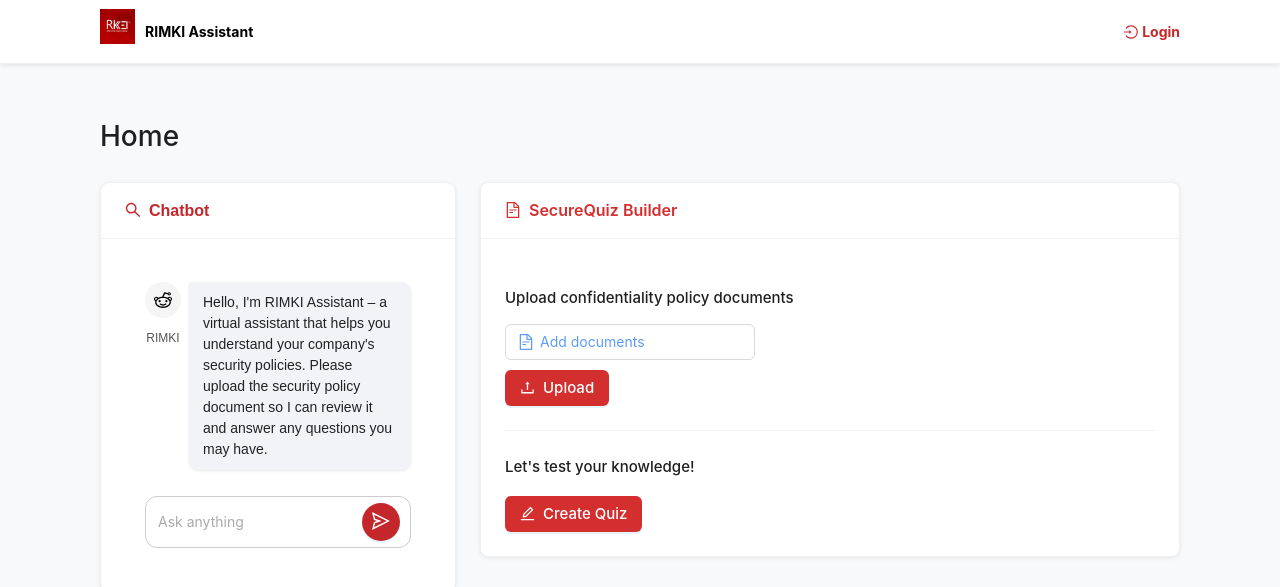
Repository: vietvux289/rimki-assistant
Page: / (app in rimki-frontend/)
These files come from the project's save history. The page is drawn as it stood at one moment and after the next save; the edit follows.
The browser window is 1280 px wide. The pictures show the whole page.
The project was rebuilt for these pictures with package versions that can differ from the ones it lists, and the page was loaded fresh each time. Also part of the build but not shown: rimki-frontend/vite.config.ts, rimki-frontend/src/pages/Login.tsx.

Above is the page before, as saved 2025-10-28 00:44:01.

### rimki-frontend/index.html
<!doctype html>
<html lang="en">
  <head>
    <meta charset="UTF-8" />
    <link rel="icon" type="image/svg+xml" href="./src/assets/rikkei-images.jpg" />
    <meta name="viewport" content="width=device-width, initial-scale=1.0" />
    <title>ai-frontend</title>
  </head>
  <body>
    <div id="root"></div>
    <script type="module" src="/src/main.tsx"></script>
  </body>
</html>

### rimki-frontend/src/main.tsx
import React from "react";
import ReactDOM from "react-dom/client";
import App from "./App";
import { BrowserRouter } from "react-router-dom";
import "antd/dist/reset.css";
import "./styles/global.scss";

ReactDOM.createRoot(document.getElementById("root")!).render(
  <React.StrictMode>
    <BrowserRouter>
      <App />
    </BrowserRouter>
  </React.StrictMode>
);

### rimki-frontend/src/App.tsx
import React from "react";
import { App as AntdApp } from "antd";
import RoutesIndex from "./routes";


const App: React.FC = () => {
  return (
    <AntdApp>
      <RoutesIndex />
    </AntdApp>
  );
};

export default App;

### rimki-frontend/src/styles/global.scss
*{
    margin: 0;
    padding: 0;
}

*, *::before, *::after {
  box-sizing: border-box;
}

.ant-card-head {
    .ant-card-head-title {
        color: #c3272b;
        font-weight: bold;
    }
}

.ant-btn-primary {
  background: #c3272b;
  border: none;
  border-radius: 10px;
  height: 42px;
  font-weight: 600;
  font-size: 15px;
  transition: all 0.3s ease;
  // margin: 0;

  &:hover {
    background: #e34b50 !important;
    transform: translateY(-2px);
    box-shadow: 0 4px 12px rgba(255, 65, 108, 0.3);
  }
}

// User dropdown menu styling
.user-dropdown-menu .ant-dropdown-menu-item {
  color: #c62828 !important;

  &:hover {
    background-color: rgba(198, 40, 40, 0.08) !important;
  }

  .anticon {
    color: #c62828 !important;
  }

  span {
    color: #c62828 !important;
  }
}

### rimki-frontend/src/routes/index.tsx
import React from "react";
import { Routes, Route, Navigate } from "react-router-dom";
import Login from "../pages/Login";
import Home from "../pages/Home";

const RoutesIndex: React.FC = () => (
  <Routes>
    <Route path="/login" element={<Login />} />
    <Route path="/home" element={<Home />} />
    <Route path="/" element={<Navigate to="/home" replace />} />
  </Routes>
);

export default RoutesIndex;

### rimki-frontend/src/pages/Home.tsx
import React from "react";
import { Layout } from "antd";
import "../styles/Home.scss";
import Chatbox from "../components/ChatBox";
import SecureQuiz from "../components/SecureQuizBuilder";
import AppHeader from "../layouts/Header";

const { Content } = Layout;

const Home: React.FC = () => {
  return (
    <Layout className="home-layout">
      <AppHeader />
      <Content className="content">
        <h1>Home</h1>
        <div className="cards-container">
          <Chatbox />
          <SecureQuiz />
        </div>
      </Content>
    </Layout>
  );
};

export default Home;

### rimki-frontend/src/styles/Login.scss
/* Login.scss */
.login-container {
  display: flex;
  justify-content: center;
  align-items: center;
  height: 100vh;
  background: #c3272b;
  font-family: "Poppins", sans-serif;
}

.login-box {
  background: #fff;
  padding: 45px 55px;
  border-radius: 10px;
  width: 380px;
  text-align: center;
  box-shadow: 0 10px 25px rgba(0, 0, 0, 0.15);
  animation: fadeIn 0.6s ease-in-out;
}

.logo {
  font-size: 50px;
  font-weight: 700;
  color: #c3272b;
  margin-bottom: 10px;
}

h2 {
  font-weight: 600;
  color: #222;
  margin-bottom: 25px;
  letter-spacing: 0.5px;
}

.ant-form-item {
  text-align: left;
}

.ant-input,
.ant-input-password {
  border-radius: 10px;
  padding: 10px 14px;
  border: 1px solid #ddd;
  transition: all 0.3s ease;

  &:hover,
  &:focus {
    border-color: #c3272b;
    box-shadow: 0 0 0 2px rgba(255, 75, 43, 0.2);
  }
}

.options {
  display: flex;
  justify-content: space-between;
  align-items: center;
  margin-bottom: 18px;
  font-size: 14px;

  .ant-form-item {
    margin-bottom: 0;
  }

  label {
    display: flex;
    align-items: center;
    gap: 6px;
    cursor: pointer;
    user-select: none;
  }

  input[type="checkbox"] {
    accent-color: #c3272b;
    transform: scale(1.1);
    cursor: pointer;
  }

  a {
    color: #c3272b;
    text-decoration: none;
    transition: color 0.3s ease;

    &:hover {
      color: #c3272b;
      text-decoration: underline;
    }
  }
}


@keyframes fadeIn {
  from {
    opacity: 0;
    transform: translateY(20px);
  }
  to {
    opacity: 1;
    transform: translateY(0);
  }
}

/* Responsive */
@media (max-width: 480px) {
  .login-box {
    width: 90%;
    padding: 30px;
  }

  h2 {
    font-size: 20px;
  }
}

### rimki-frontend/src/services/authService.ts
import axiosInstance from "./axios.customize";

export const authService = {
  login: async (username: string, password: string) => {
    try {
      const response = await axiosInstance.post("/auth/login", {
        username,
        password,
      });

      // Store token in localStorage
      if (response.token) {
        localStorage.setItem("access_token", response.token);
        localStorage.setItem("user", JSON.stringify(response.user));
      }

      return response;
    } catch (error: any) {
      // Extract error message from axios error response
      const errorMessage = error.response?.data?.message || error.message || "Login failed";
      throw new Error(errorMessage);
    }
  },

  logout: () => {
    localStorage.removeItem("access_token");
    localStorage.removeItem("user");
    localStorage.clear();
  },

  getProfile: async () => {
    try {
      const response = await axiosInstance.get("/auth/profile");
      return response;
    } catch (error: any) {
      throw new Error(error.message || "Failed to get profile");
    }
  },

  isAuthenticated: () => {
    const token = localStorage.getItem("access_token");
    return token && token !== "undefined" && token.trim() !== "";
  },

  getCurrentUser: () => {
    const userStr = localStorage.getItem("user");
    return userStr ? JSON.parse(userStr) : null;
  },
};

### rimki-frontend/src/styles/Home.scss
.home-layout {
  min-height: 100vh;
  background: #f7f9fb;

  .content {
    padding: 50px 100px;

    h1 {
      margin-bottom: 1.5rem;
    }

    .cards-container {
      display: grid;
      grid-template-columns: 1fr 1fr;
      gap: 1.5rem;

      @media (max-width: 768px) {
        grid-template-columns: 1fr;
      }
    }
  }
}

### rimki-frontend/src/components/ChatBox.tsx
import React, { useState } from "react";
import { Card, Input, Button, Avatar, Space, message } from "antd";
import {
  RedditOutlined,
  SearchOutlined,
  SendOutlined,
  UserOutlined,
} from "@ant-design/icons";
import "../styles/ChatBox.scss";
import { chatService } from "../services/chatService";
import { authService } from "../services/authService";

const { TextArea } = Input;

interface Message {
  sender: string;
  text: string;
}

const Chatbox: React.FC = () => {
  const [messages, setMessages] = useState<Message[]>([
    {
      sender: "RIMKI",
      text: `Hello, I'm RIMKI Assistant – a virtual assistant that helps you understand your company's security policies. Please upload the security policy document so I can review it and answer any questions you may have.`,
    },
  ]);
  const [input, setInput] = useState("");
  const [loading, setLoading] = useState(false);

  // Get current user and display name
  const currentUser = authService.getCurrentUser();
  const displayName = currentUser?.username || "User";

  const handleSend = async () => {
    console.log("Input:", input);
    console.log("Access token:", localStorage.getItem("access_token"));
    console.log("Auth check:", authService.isAuthenticated());
    if (!input.trim()) return;

    // Check if user is authenticated - check directly from authService
    const isAuth = authService.isAuthenticated();
    console.log("Is authenticated:", isAuth);

    if (!isAuth) {
      console.log("User not authenticated, showing message");
      message.warning("Vui lòng đăng nhập để gửi tin nhắn");
      return;
    }

    // Add user message to chat
    const newMsg: Message = { sender: displayName, text: input };
    setMessages((prev) => [...prev, newMsg]);
    const userInput = input;
    setInput("");
    setLoading(true);

    try {
      // Send message to backend
      const response = await chatService.sendMessage(userInput);

      // Add RIMKI's response
      const botResponse: Message = { sender: "RIMKI", text: response.message };
      setMessages((prev) => [...prev, botResponse]);
    } catch (error) {
      const errorMessage = error instanceof Error ? error.message : "Failed to send message";
      message.error(errorMessage);
      // Add error message to chat
      const errorMsg: Message = {
        sender: "RIMKI",
        text: "Sorry, I'm having trouble connecting. Please try again later."
      };
      setMessages((prev) => [...prev, errorMsg]);
    } finally {
      setLoading(false);
    }
  };

  return (
    <Card
      title={
        <Space align="center">
          <SearchOutlined style={{ color: "#c3272b" }} />
          <span style={{ color: "#c3272b", fontWeight: 600 }}>Chatbot</span>
        </Space>
      }
      className="chatbot-section"
    >
      <div className="chatbot-body">
        {messages.map((msg, index) => (
          <Space
            key={index}
            className={`chat-message ${msg.sender === displayName ? "user" : "rimki"}`}
            align="start"
          >
            {msg.sender === "RIMKI" && (
              <Space direction="vertical" align="center" className="chat-icon">
                <Avatar
                  size={36}
                  icon={<RedditOutlined />}
                  style={{ backgroundColor: "#f5f5f5", color: "#000" }}
                />
                <span className="chat-label">RIMKI</span>
              </Space>
            )}

            <div className="chat-text">{msg.text}</div>

            {msg.sender === displayName && (
              <Space direction="vertical" align="center" className="chat-icon">
                <Avatar
                  size={36}
                  icon={<UserOutlined />}
                  style={{ backgroundColor: "#c3272b", color: "#fff" }}
                />
                <span className="chat-label">{displayName}</span>
              </Space>
            )}
          </Space>
        ))}

        <Space.Compact className="chat-input" block>
          <TextArea
            placeholder="Ask anything"
            autoSize={{ minRows: 1, maxRows: 4 }}
            value={input}
            onChange={(e) => setInput(e.target.value)}
            onPressEnter={(e) => {
              e.preventDefault();
              if (!loading) handleSend();
            }}
            disabled={loading}
          />
          <Button
            type="primary"
            icon={<SendOutlined />}
            onClick={handleSend}
            loading={loading}
            style={{ backgroundColor: "#c3272b", border: "none" }}
          />
        </Space.Compact>
      </div>
    </Card>
  );
};

export default Chatbox;

### rimki-frontend/src/layouts/Header.tsx
import React from "react";
import { Layout, Dropdown, Space, message } from "antd";
import type { MenuProps } from "antd";
import "../styles/Header.scss";
import { LoginOutlined, LogoutOutlined, UserOutlined } from "@ant-design/icons";
import logo from "../assets/rikkei-images.jpg";
import { useNavigate } from "react-router-dom";
import { authService } from "../services/authService";

const { Header } = Layout;

const AppHeader: React.FC = () => {
  const navigate = useNavigate();
  const isAuthenticated = authService.isAuthenticated();
  const currentUser = authService.getCurrentUser();

  const handleLogout = () => {
    authService.logout();
    message.success("Logged out successfully");
    navigate("/home");
  };

  const userMenuItems: MenuProps['items'] = [
    {
      key: 'logout',
      label: (
        <Space onClick={handleLogout} style={{ cursor: 'pointer', width: '100%' }}>
          <LogoutOutlined />
          <span>Logout</span>
        </Space>
      ),
    },
  ];

  return (
    <Header className="header">
      <div className="logo-name" onClick={() => navigate('/home')}>
        <img src={logo} alt="RIMKI Logo" className="logo" />
        <span className="title">RIMKI Assistant</span>
      </div>
      <div style={{ display: "flex", alignItems: "center", gap: "10px" }}>
        {isAuthenticated && currentUser ? (
          <Dropdown
            menu={{ items: userMenuItems }}
            placement="bottomRight"
            trigger={['hover']}
            dropdownRender={(menu) => (
              <div className="user-dropdown-menu">
                {menu}
              </div>
            )}
          >
            <a className="login-link">
              <UserOutlined />
              <span className="user-name">{currentUser.username}</span>
            </a>
          </Dropdown>
        ) : (
          <a className="login-link" onClick={() => navigate('/login')}>
            <LoginOutlined />
            <span className="user-name">Login</span>
          </a>
        )}
      </div>
    </Header>
  );
};

export default AppHeader;

### rimki-frontend/src/services/axios.customize.ts
import axios from "axios";
import { message } from "antd";

const instance = axios.create({
  baseURL: "http://localhost:8080/api",
  withCredentials: false // JWT tokens don't need credentials
});

// Add a request interceptor
instance.interceptors.request.use(
  function (config) {
    // Do something before request is sent
    const token = localStorage.getItem('access_token');
    const auth = token ? `Bearer ${token}` : '';
    config.headers['Authorization'] = auth;
    return config;
  },
  function (error) {
    // Do something with request error
    return Promise.reject(error);
  }
);

// Add a response interceptor
instance.interceptors.response.use(
  function (response) {
    // Any status code that lie within the range of 2xx cause this function to trigger
    // Do something with response data
    if (response?.data) {
      return response.data;
    }
    return response;
  },
  function (error) {
    // Any status codes that falls outside the range of 2xx cause this function to trigger
    // Do something with response error

    // For login errors, don't redirect
    const isLoginEndpoint = error?.config?.url?.includes('/auth/login');

    if (error?.response?.status === 401 && !isLoginEndpoint) {
      localStorage.removeItem('access_token');
      localStorage.removeItem('user');
      message.error('Session expired. Please login again.');
      window.location.href = '/login';
    }

    // Reject the promise with the error
    return Promise.reject(error);
  }
);


export default instance;

### rimki-frontend/src/styles/Chatbox.scss
.chatbot-section {
  border-radius: 10px;
  font-family: "Poppins", sans-serif;
  box-shadow: 0 1px 4px rgba(0, 0, 0, 0.08);

  .chatbot-body {
    display: flex;
    flex-direction: column;
    gap: 14px;
    padding: 20px;
  }

  /* ----- Tin nhắn ----- */
  .chat-message {
    display: flex;
    width: 100%; /* QUAN TRỌNG: giúp max-width hoạt động đúng */
    gap: 8px;

    &.rimki {
      justify-content: flex-start;
      flex-direction: row; /* avatar trái, text phải */
    }

    &.user {
      justify-content: flex-end;
      // flex-direction: row-reverse; /* avatar phải, text trái */
    }

    .chat-text {
      padding: 10px 14px;
      border-radius: 10px;
      max-width: 100%;
      line-height: 1.5;
      font-size: 14px;
      white-space: pre-wrap;
      word-wrap: break-word;
      box-shadow: 0 1px 3px rgba(0, 0, 0, 0.1);
    }

    &.rimki .chat-text {
      background: #f1f3f6;
      color: #222;
      border-top-left-radius: 4px;
    }

    &.user .chat-text {
      background: #c3272b;
      color: white;
      border-top-right-radius: 4px;
    }

    .chat-icon {
      text-align: center;
      flex-shrink: 0; /* Giúp avatar không đẩy text */
      display: flex;
      flex-direction: column;
      align-items: center;

      .chat-label {
        font-size: 12px;
        margin-top: 4px;
        color: #555;
      }
    }
  }

  /* ----- Ô nhập tin nhắn ----- */
  .chat-input {
    position: relative;
    margin-top: 12px;
    display: flex;
    align-items: center;
    background: #fff;
    border: 1.5px solid #ccc;
    border-radius: 12px;
    padding: 8px 48px 8px 12px;
    transition: all 0.3s ease;

    &:hover {
      border: 1.5px solid #c3272b;
    }

    textarea.ant-input {
      border: none !important;
      box-shadow: none !important;
      resize: none;
      font-size: 14px;
      width: 100%;
      background: transparent;
      color: #333;
      padding: 6px 0;
      overflow-y: auto;

      &::placeholder {
        color: #aaa;
      }
    }

    /* Nút gửi */
    .ant-btn {
      position: absolute;
      right: 10px;
      top: 50%;
      transform: translateY(-50%);
      background: #ffecec;
      border: none;
      font-size: 18px;
      display: flex;
      align-items: center;
      justify-content: center;
      height: 38px;
      width: 38px;
      border-radius: 50%;
      transition: all 0.2s ease;

      &:hover {
        transform: translateY(-50%) scale(1.05);
      }

      &:active {
        transform: translateY(-50%) scale(0.95);
      }

      .ant-btn-primary {
        margin: 0;
      }
    }
  }

  /* ----- Responsive ----- */
  @media (max-width: 480px) {
    .chat-input {
      padding: 6px 42px 6px 10px;
      border-radius: 10px;

      textarea.ant-input {
        font-size: 13px;
      }

      .ant-btn {
        right: 6px;
        height: 32px;
        width: 32px;
      }
    }

    .chat-message .chat-text {
      max-width: 85%;
      font-size: 13px;
    }
  }
}

### rimki-frontend/src/services/chatService.ts
import axiosInstance from "./axios.customize";

export const chatService = {
  sendMessage: async (message: string) => {
    try {
      const response = await axiosInstance.post("/chat/message", {
        message,
      });
      return response;
    } catch (error: any) {
      throw new Error(error.message || "Failed to send message");
    }
  },
};

### rimki-frontend/src/styles/SecureQuizBuilder.scss
.secure-quiz-container {
  display: flex;
  justify-content: center;
  align-items: flex-start;
}

.secure-quiz-card {
  width: 700px;
  border-radius: 8px;
  box-shadow: 0 1px 4px rgba(0, 0, 0, 0.08);
}

.secure-quiz-title {
  font-weight: 600;
  font-size: 16px;
  color: #d32f2f;
  display: flex;
  align-items: center;
}

.upload-btn {
  margin-top: 8px;
  border-radius: 6px;
}

.quiz-section {
  margin-top: 24px;
  // text-align: center;
  .quiz-heading {
  font-size: 15px;
  font-weight: 500;
  // margin-bottom: 12px;
}

.create-btn {
  background-color: #d32f2f !important;
  border: none;
  border-radius: 6px;
  font-weight: 500;
  height: 36px;
  margin-top: 10px;
}

.create-btn:hover {
  background-color: #b71c1c !important;
}

}

// .copy-btn {
//   margin-top: 10px;
//   border-radius: 6px;
// }

.copy-link-input {
  margin-top: 12px;
  .ant-input {
    // color: #c3272b !important;
    font-size: 15px;
    border-top-left-radius: 8px !important;
    border-bottom-left-radius: 8px !important;
    padding: 8px 12px !important;
    background-color: #fff !important;
    box-shadow: none !important;

    &:focus,
    &:hover {
      box-shadow: none !important;
    }
  }

  .ant-input-group-addon {
    background-color: #c3272b !important;
    border: none !important;
    border-top-right-radius: 8px !important;
    border-bottom-right-radius: 8px !important;
    padding: 0 !important;
  }

  .copy-btn {
    background-color: transparent !important;
    color: #fff !important;
    border: none !important;
    width: 40px !important;
    height: 36px !important;
    display: flex;
    justify-content: center;
    align-items: center;
    transition: all 0.2s ease;

    &:hover {
      background: #d32f2f!important;
    }

    .anticon-copy {
      font-size: 16px;
    }
  }

  .ant-input-affix-wrapper {
    border: 1px solid #d9d9d9 !important;
    border-radius: 8px !important;
  }
}

### rimki-frontend/src/services/quizService.ts
import axiosInstance from "./axios.customize";
import axios from "axios";

export const quizService = {
  uploadDocument: async (file: File) => {
    try {
      const token = localStorage.getItem("access_token");
      const formData = new FormData();
      formData.append("document", file);

      const response = await axios.post(
        `${import.meta.env.VITE_BACKEND_URL}/api/quiz/upload`,
        formData,
        {
          headers: {
            "Content-Type": "multipart/form-data",
            Authorization: `Bearer ${token}`,
          },
        }
      );

      return response.data;
    } catch (error: any) {
      throw new Error(error.response?.data?.message || "Failed to upload document");
    }
  },

  createQuiz: async (title: string, questions: any[] = []) => {
    try {
      const response = await axiosInstance.post("/quiz/create", {
        title,
        questions,
      });
      return response;
    } catch (error: any) {
      throw new Error(error.message || "Failed to create quiz");
    }
  },

  getQuizzes: async () => {
    try {
      const response = await axiosInstance.get("/quiz/list");
      return response;
    } catch (error: any) {
      throw new Error(error.message || "Failed to get quizzes");
    }
  },
};

### rimki-frontend/src/styles/Header.scss
.header {
  background: white;
  display: flex;
  align-items: center;
  justify-content: space-between;
  padding: 0 100px;
  border-bottom: 1px solid #eee;
  box-shadow: 0 1px 5px 0 rgba(21, 24, 26, 0.1);

  .logo-name {
    display: flex;
    align-items: center;
    gap: 10px;
    /* khoảng cách giữa logo và tên */
    cursor: pointer;
  }

  .logo {
    width: 35px;
    height: 35px;
    object-fit: contain;
  }

  .title {
    color: #000000;
    font-size: 14px;
    font-weight: bold;
  }


  .login-link {
    display: inline-flex;
    align-items: center;
    gap: 4px;
    color: #c62828;
    text-decoration: none;
    cursor: pointer;
    transition: opacity 0.2s;

    &:hover {
      opacity: 0.8;
    }

    .user-name {
      font-weight: bold;
    }
  }

  // Custom dropdown menu styling
  .user-dropdown-menu {
    border-radius: 8px;
    box-shadow: 0 2px 8px rgba(0, 0, 0, 0.15);

    .ant-dropdown-menu-item {
      color: #c62828 !important;
      padding: 8px 16px;
      transition: all 0.2s;

      &:hover {
        background-color: rgba(198, 40, 40, 0.08) !important;
      }

      .anticon {
        color: #c62828 !important;
        margin-right: 8px;
      }

      span {
        color: #c62828 !important;
        font-weight: 500;
      }
    }
  }
}

Loaded but not shown: rimki-frontend/src/components/SecureQuizBuilder.tsx (188 lines, source omitted)

After the next save:
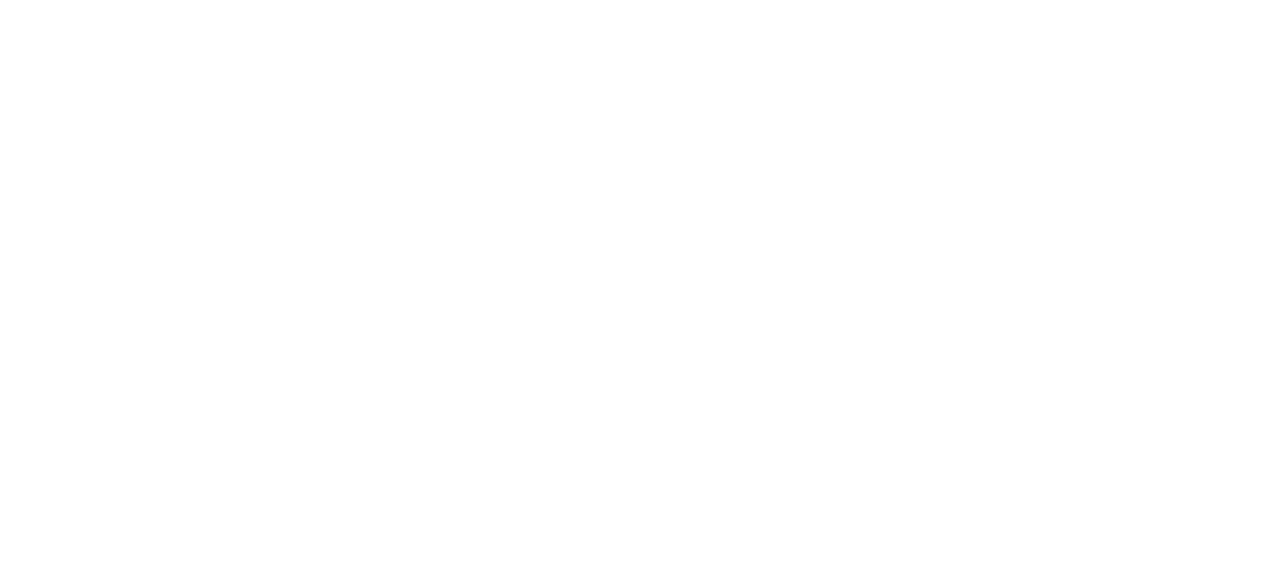
Console error: ReferenceError: App is not defined
Saved 4 min 2 s later.
--- a/rimki-frontend/src/components/ChatBox.tsx
+++ b/rimki-frontend/src/components/ChatBox.tsx
@@ -18,6 +18,7 @@ interface Message {
 }
 
 const Chatbox: React.FC = () => {
+  const { notification } = App.useApp();
   const [messages, setMessages] = useState<Message[]>([
     {
       sender: "RIMKI",

After the save that followed:
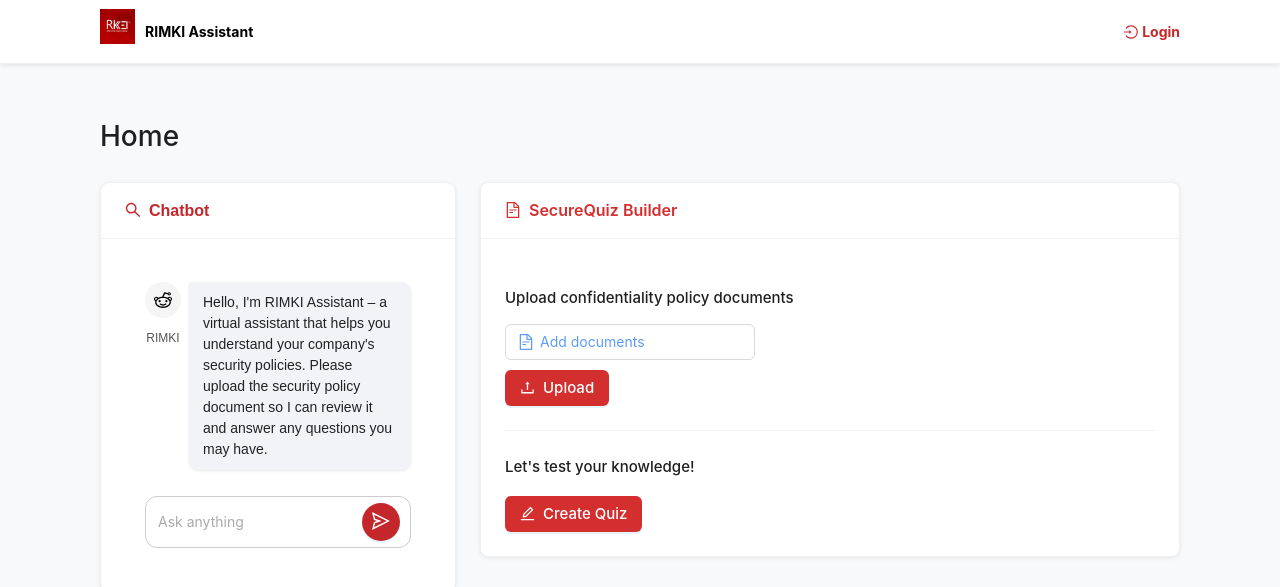
The error is gone.
Saved 6 s later.
--- a/rimki-frontend/src/components/ChatBox.tsx
+++ b/rimki-frontend/src/components/ChatBox.tsx
@@ -1,5 +1,5 @@
 import React, { useState } from "react";
-import { Card, Input, Button, Avatar, Space, message } from "antd";
+import { Card, Input, Button, Avatar, Space, message, App } from "antd";
 import {
   RedditOutlined,
   SearchOutlined,
